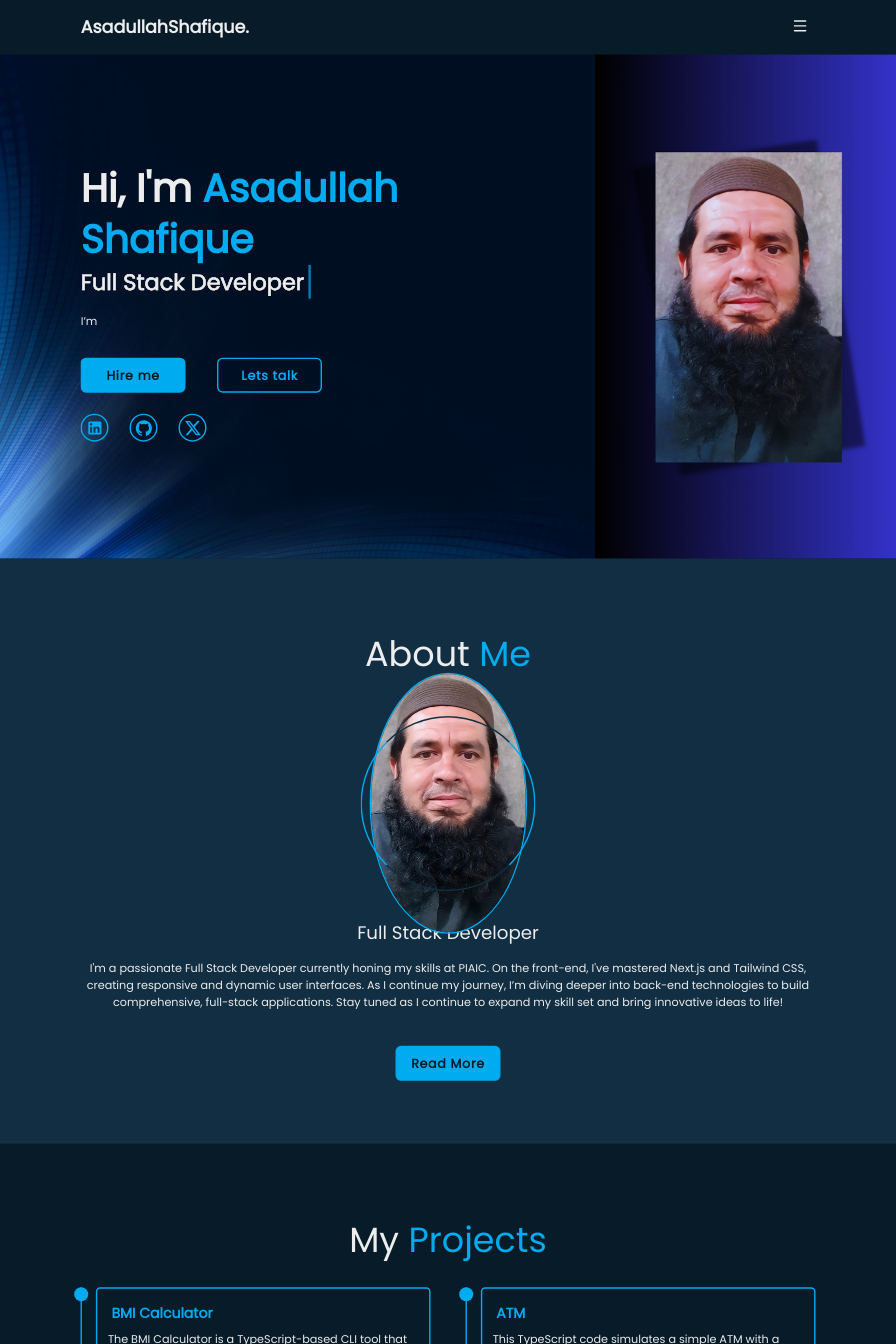
Repository: asadullah48/nextjs_projects_portfolio
Page: /
An editor plug-in stored every save of this project. The page is shown before and after the next save, followed by the edit.
The browser window is 1280 px wide. The pictures show the part of the page from y = 0 to 1920 px (the page is 4234 px tall), at 70% of full size.
The project was rebuilt for these pictures with package versions that can differ from the ones it lists, and the page was loaded fresh each time. The framework's server and built-in components were replaced by stand-ins that run in the browser. Also part of the build but not shown: next.config.ts.

Above is the page before, as saved 2024-11-13 13:35:30.

### src/app/layout.tsx
import type { Metadata } from "next";
import { Poppins } from "next/font/google";
import "./globals.css";
import Link from "next/link";
<Link  href='https://unpkg.com/boxicons@2.1.4/css/boxicons.min.css' rel='stylesheet'></Link>

const poppins = Poppins({ subsets: ["latin"], weight : '400' });

export const metadata: Metadata = {
  title: "Tayyab Portfolio",
  description: "Generated by Tayyab Khalid",
};

export default function RootLayout({
  children,
}: Readonly<{
  children: React.ReactNode;
}>) {
  return (
    <html lang="en">
      <body className={poppins.className}>

        {children}

        </body>
    </html>
  );
}

### src/app/page.tsx
"use client"
import Link from "next/link";
import Image from "next/image";
import LinkedInIcon from "@mui/icons-material/LinkedIn";
import GitHubIcon from "@mui/icons-material/GitHub";
import XIcon from "@mui/icons-material/X";
import ArrowUpwardIcon from "@mui/icons-material/ArrowUpward";
import { Menu } from "lucide-react";
import { useState } from "react";
import {
  Sheet,
  SheetContent,
  SheetDescription,
  SheetHeader,
  SheetTitle,
  SheetTrigger,
} from "@/components/ui/sheet";

export default function Home() {
  const [isSidebarOpen, setIsSidebarOpen] = useState(false);

  const closeSidebar = () => {
    setIsSidebarOpen(false);
  };

  return (
    <main>
      {/* ---------header------------ */}
     <header className={`header flex justify-end items-center transition-opacity duration-300 ${isSidebarOpen ? "opacity-50" : "opacity-100"}`}>
        <div>
          <Link href={"#home"} className="logo ">
            AsadullahShafique.
          </Link>
        </div>
        <nav className="navbar">
          <Sheet open={isSidebarOpen} onOpenChange={setIsSidebarOpen}>
            <SheetTrigger className="tablet:hidden">
              <Menu className="menu-icon mr-4" />
            </SheetTrigger>
            <SheetContent className="pt-4 text-3xl">
              <br />
              <br />
              <br />
              <Link href={"#home"} onClick={closeSidebar}>
                Home
              </Link>
              <br />
              <br />
              <br />
              <Link href={"#about"} onClick={closeSidebar}>
                About
              </Link>
              <br />
              <br />
              <br />
              <Link href={"#education"} onClick={closeSidebar}>
                Project
              </Link>
              <br />
              <br />
              <br />
              <Link href={"#skills"} onClick={closeSidebar}>
                Skills
              </Link>
              <br />
              <br />
              <br />
              <Link href={"#contact"} onClick={closeSidebar}>
                Contact
              </Link>
              <br />
            </SheetContent>
          </Sheet>
          <ul className="hidden tablet:flex gap-x-8 text-[1.7rem]">
            <li>
              <Link
                className="text-[var(--text-color)] font-bold ml-[3.5rem] transition duration-300 hover:text-[var(--main-color)]
active:text-[var(--main-color)]"
                href={"#home"}
              >
                Home
              </Link>
            </li>
            <li>
              <Link
                className="text-[var(--text-color)] font-bold ml-[3.5rem] transition duration-300 hover:text-[var(--main-color)]
active:text-[var(--main-color)]"
                href={"#about"}
              >
                About
              </Link>
            </li>
            <li>
              <Link
                className="text-[var(--text-color)] font-bold ml-[3.5rem] transition duration-300 hover:text-[var(--main-color)]
active:text-[var(--main-color)]"
                href={"#education"}
              >
                Project
              </Link>
            </li>
            <li>
              <Link
                className="text-[var(--text-color)] font-bold ml-[3.5rem] transition duration-300 hover:text-[var(--main-color)]
active:text-[var(--main-color)]"
                href={"#skills"}
              >
                Skills
              </Link>{" "}
            </li>
            <li>
              <Link
                className="text-[var(--text-color)] font-bold ml-[3.5rem] transition duration-300 hover:text-[var(--main-color)]
active:text-[var(--main-color)]"
                href={"#contact"}
              >
                Contact
              </Link>
            </li>
          </ul>
        </nav>
      </header>

      {/*-------------- home section-------------- */}

      <section className={`home bg-[url('../../public/fullSizeImge1.jpg')] bg-cover bg-center transition-opacity duration-300 ${isSidebarOpen ? "opacity-50" : "opacity-100"}`} id="home">
        <div className="home-content">
          <h1>
            Hi, I'm<span> Asadullah Shafique</span>{" "}
          </h1>
          <div className="text-animated">
            <h3>Full Stack Developer</h3>
          </div>
          <p>
             I’m
          </p>

          <div className="btn-box">
            <Link
              href={
                "https://www.linkedin.com/in/muhammad-tayyab-khalid-tayyabk993"
              }
              className="btn" target="_blank"
            >
              Hire me
            </Link>
            <Link
              href={
                "https://www.linkedin.com/in/muhammad-tayyab-khalid-tayyabk993"
              }
              className="btn" target="_blank"
            >
              Lets talk
            </Link>
          </div>
          <div className="flex-space-x-4 home-sci">
            <Link
              href="https://www.linkedin.com/in/muhammad-tayyab-khalid-tayyabk993"
              target="_blank"
              rel="noopener noreferrer"
              className="bx-bx1-linkedin"
            >
              <LinkedInIcon className="icon" sx={{ fontSize: 25 }} />
            </Link>
            <Link
              href={"https://github.com/tayyabkhalid993"}
              target="_blank"
              className="bx-bx1-github"
            >
              <GitHubIcon className="icon" sx={{ fontSize: 25 }} />
            </Link>
            <Link
              href={"https://x.com/TayyabK993?t=Me6-ULEimqiZR6jBTWGOwQ&s=09"}
              target="_blank"
              className="bx-bx1-x"
            >
              <XIcon className="icon" sx={{ fontSize: 25 }} />
            </Link>
          </div>
        </div>

        <div className="home-imgHover"></div>
      </section>

      {/* --------------About Section------------- */}

      <section className="about" id="about">
        <h2 className="heading">
          About <span>Me</span>
        </h2>

        <div className="about-image relative w-[25rem] h-[25rem] rounded-full flex justify-center items-center">
      <Image
        src="/SmallSizeImge.jpg"
        alt="Profile Image"
        width={225}
        height={225}
        className="Image rounded-full border-[.2rem] border-[var(--main-color)]"
      />
      <span className="circle-spin absolute"></span>
    </div>

        <div className="about-content">
          <h2>Full Stack Developer</h2>
          <p className="about-para">
            I'm a passionate Full Stack Developer currently honing my skills at
            PIAIC. On the front-end, I've mastered Next.js and Tailwind CSS,
            creating responsive and dynamic user interfaces. As I continue my
            journey, I’m diving deeper into back-end technologies to build
            comprehensive, full-stack applications. Stay tuned as I continue to
            expand my skill set and bring innovative ideas to life!
          </p>

          <div className="btn-box btns">
            <a href="#about" className="btn">
              Read More
            </a>
          </div>
        </div>
      </section>

      {/* -----------------------project section--------------------------- */}

      <section className="education" id="education">
        <h2 className="heading">
          My <span>Projects </span>
        </h2>

        <div className="education-row">
          <div className="education-column">
            {/* <h3 className="title">Education</h3> */}

            <div className="education-box">
              <div className="education-content">
                <div className="content">
                  <div className="year">
                    <h3>BMI Calculator</h3>
                  </div>
                  <p>
                    The BMI Calculator is a TypeScript-based CLI tool that
                    calculates Body Mass Index (BMI) using user inputs for
                    height and weight. It provides health status feedback
                    (Underweight, Healthy, Overweight) with color-coded results
                    using Chalk, and features an interactive interface with
                    Inquirer.
                    <Link
                      href="https://github.com/Tayyabkhalid993/PIAIC56/tree/main/NodeProjects/BMI"
                      className="text-blue-500 hover:underline ml-2"
                      target="_blank"
                    >
                      Read More
                    </Link>
                  </p>
                </div>
              </div>

              <div className="education-content">
                <div className="content">
                  <div className="year">
                    <h3>Rock-Paper-Scissors</h3>
                  </div>
                  <p>
                    A classic Rock-Paper-Scissors game. It allows players to
                    enter their name, choose between rock, paper, and scissors,
                    and then compares their choice to a computer's random
                    selection. The game displays the winner and offers the
                    option to play again.
                    <Link
                      href="https://github.com/Tayyabkhalid993/PIAIC56/tree/main/NodeProjects/Other_Projects/Rock_Paper_sessior"
                      className="text-blue-500
                      hover:underline ml-2"
                      target="_blank"
                    >
                      Read More
                    </Link>
                  </p>
                </div>
              </div>

              <div className="education-content">
                <div className="content">
                  <div className="year">
                    <h3>Number Guessing Game</h3>
                  </div>
                  <p>
                  A number guessing game. Computer generate a random number.
                  Then user is prompted to guess a randomly generated number between 1 and 10. If the guess is correct, the game ends with a congratulatory message. If the guess is incorrect, the user is provided with feedback (too high or too low) and allowed to try again until they guess correctly.
                    <Link
                      href="https://github.com/Tayyabkhalid993/PIAIC56/tree/main/NodeProjects/Project01_number_guessing_game"
                      className="text-blue-500 hover:underline ml-2"
                      target="_blank"
                    >
                      Read More
                    </Link>
                  </p>
                </div>
              </div>
            </div>
          </div>

          {/* --------------2nd column----------- */}

          <div className="education-column">
            {/* <h3 className="title">Experience</h3> */}
            <div className="education-box">
              <div className="education-content">
                <div className="content">
                  <div className="year">
                    <h3>ATM</h3>
                  </div>
                  <p>
                  This TypeScript code simulates a simple ATM with a command-line interface (CLI).
                  Users can choose to "Sign in" using predefined credentials. Upon successful login, they can check their balance, withdraw cash (limited by available funds), or choose pre-defined "Fast cash" amounts. The program uses inquirer for user prompts and chalk for colored output.
                    <Link
                      href="https://github.com/Tayyabkhalid993/PIAIC56/tree/main/NodeProjects/Project02_ATM"
                      className="text-blue-500
                      hover:underline ml-2"
                      target="_blank"
                    >
                      Read More
                    </Link>
                  </p>
                </div>
              </div>

              <div className="education-content">
                <div className="content">
                  <div className="year">
                    <h3>To-Do List</h3>
                  </div>
                  <p>
                  A simple to-do list application.
                  Users are prompted to enter tasks, which are added to a list. The program continues to ask for more tasks until the user confirms they are finished. Finally, the completed to-do list is displayed.
                    <Link
                      href="https://github.com/Tayyabkhalid993/PIAIC56/tree/main/NodeProjects/Project03_toDoList"
                      className="text-blue-500
                       hover:underline ml-2"
                      target="_blank"
                    >
                      Read More
                    </Link>
                  </p>
                </div>
              </div>

              <div className="education-content">
                <div className="content">
                  <div className="year">
                    <h3>Currency Converter</h3>
                  </div>
                  <p>
                  A currency converter with a user-friendly. Users can select the currency they want to convert from and to,
                  as well as enter the amount. The program utilizes a defined exchange rate object to calculate the equivalent amount in the desired currency. Finally, it displays the converted amount with clear formatting.
                    <Link
                      href="https://github.com/Tayyabkhalid993/PIAIC56/tree/main/NodeProjects/Other_Projects/Rock_Paper_sessior"
                      className="text-blue-500
                       hover:underline ml-2"
                      target="_blank"
                    >
                      Read More
                    </Link>
                  </p>
                </div>
              </div>
            </div>
          </div>
        </div>
      </section>

      {/* -----------------------skill section--------------------------- */}
      <section className="skills" id="skills">
        <h2 className="heading">
          {" "}
          My <span>Skills</span>
        </h2>
            <h3 className="skill-title">Coding Skills</h3>

        <div className="skills-row">
          <div className="skills-column">

            <div className="skills-box">
              <div className="skills-content">
                <div className="progress">
                  <h3>
                    HTML <span>90%</span>
                  </h3>
                  <div className="bar">
                    <span></span>
                  </div>
                </div>
                <div className="progress">
                  <h3>
                    CSS <span>80%</span>
                  </h3>
                  <div className="bar">
                    <span></span>
                  </div>
                </div>
                <div className="progress">
                  <h3>
                    TypeScript <span>92%</span>
                  </h3>
                  <div className="bar">
                    <span></span>
                  </div>
                </div>
                <div className="progress">
                  <h3>
                    Python <span>83%</span>
                  </h3>
                  <div className="bar">
                    <span></span>
                  </div>
                </div>
                  <div className="bar">
                    <span></span>
                  </div>
              </div>
            </div>
          </div>

          {/* ----------------------For another Column--------------------------- */}

          <div className="skills-column">
            {/* <h3 className="title">Professional Skills</h3> */}
            <div className="skills-box">
              <div className="skills-content">
                <div className="progress">
                  <h3>
                  Next.JS <span>95%</span>
                  </h3>
                  <div className="bar">
                    <span></span>
                  </div>
                </div>
                <div className="progress">
                  <h3>
                    Tailwind CSS <span>85%</span>
                  </h3>
                  <div className="bar">
                    <span></span>
                  </div>
                </div>
                <div className="progress">
                  <h3>
                    Express <span>82%</span>
                  </h3>
                  <div className="bar">
                    <span></span>
                  </div>
                </div>
                <div className="progress">
                  <h3>
                  Node Js <span>83%</span>
                  </h3>
                  <div className="bar">
                    <span></span>
                  </div>
                </div>
                  <div className="bar">
                    <span></span>
                </div>
              </div>
            </div>
          </div>
        </div>
      </section>

      <section className="contact" id="contact">
        <center></center>
        <h2 className="heading">
          Contact <span>Me!</span>
        </h2>

        <form action="#">
          <div className="input-box">
            <div className="input-field">
              <input type="text" placeholder="Full Name" required />
              <span className="focus"></span>
            </div>
            <div className="input-field">
              <input type="text" placeholder="Email Address" required />
              <span className="focus"></span>
            </div>
          </div>

          <div className="input-box">
            <div className="input-field">
              <input type="string" placeholder="Mobile Number" required />
              <span className="focus"></span>
            </div>
            <div className="input-field">
              <input type="text" placeholder="Email Subject" required />
              <span className="focus"></span>
            </div>
          </div>
          <div className="textarea-field">
            <textarea
              name=""
              id=""
              cols={30}
              rows={10}
              placeholder="Your Message"
              required
            ></textarea>
            <span className="focus"></span>
          </div>

          <div className="btn-box btns">
            <a href="#contact" className="btn">
              Submit
            </a>
          </div>
        </form>
      </section>

      {/* --------------footer-------------- */}

      <footer className="footer">
        <div className="footer-text">
          <p>Copyright &copy; 2024 by Tayyab | All Right Reserved.</p>
        </div>

        <div className="footer-iconTop">
          <Link href="/" className=" bg-cyan-500 bx-bx1-arrowUpWardIcon">
            <ArrowUpwardIcon className="icon" sx={{ fontSize: 25 }} />
          </Link>
        </div>
      </footer>
    </main>
  );
}

Loaded but not shown: src/lib/utils.ts (common file); tailwind.config.ts (common file); src/app/globals.css (833 lines, source omitted); src/components/ui/sheet.tsx (140 lines, source omitted)

After the next save:
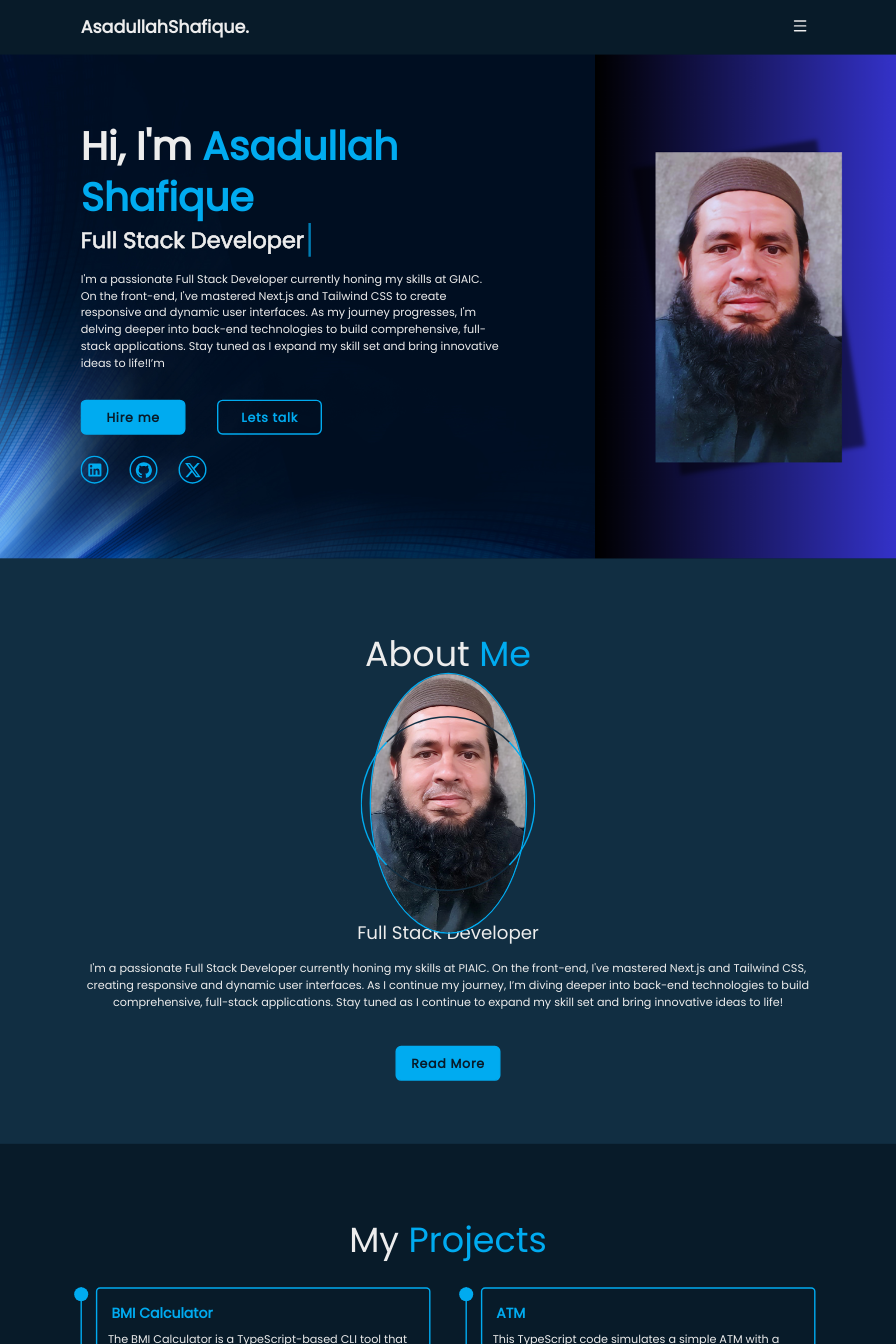
Saved 6 s later.
--- a/src/app/page.tsx
+++ b/src/app/page.tsx
@@ -132,7 +132,7 @@ active:text-[var(--main-color)]"
             <h3>Full Stack Developer</h3>
           </div>
           <p>
-             I’m
+          I'm a passionate Full Stack Developer currently honing my skills at GIAIC. On the front-end, I've mastered Next.js and Tailwind CSS to create responsive and dynamic user interfaces. As my journey progresses, I'm delving deeper into back-end technologies to build comprehensive, full-stack applications. Stay tuned as I expand my skill set and bring innovative ideas to life!I’m
           </p>
 
           <div className="btn-box">
